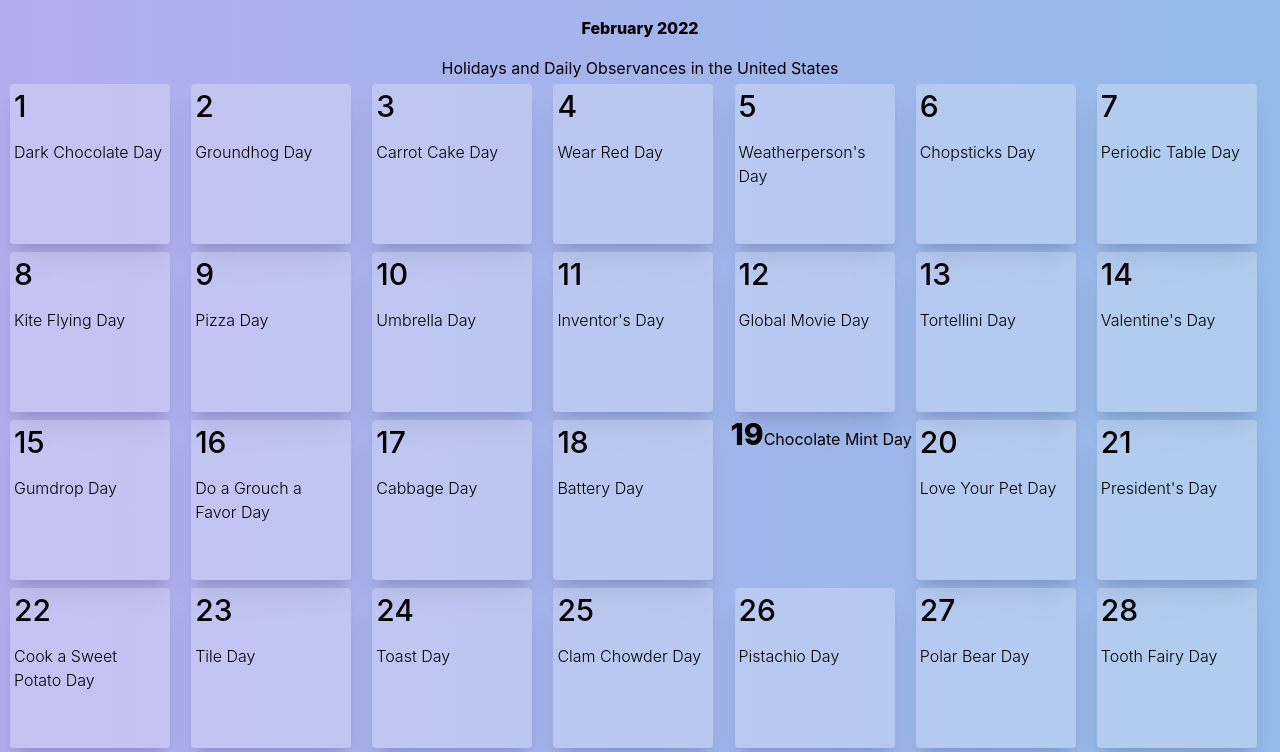
Repository: JohnMata0427/Examen-Bimestral-01-Frontend
Page: /
These files come from the project's save history. The page is drawn as it stood at one moment and after the next save; the edit follows.
The browser window is 1280 px wide. The pictures show the whole page.
The project was rebuilt for these pictures with package versions that can differ from the ones it lists, and the page was loaded fresh each time. Also part of the build but not shown: vite.config.js.

Above is the page before, as saved 2024-06-17 20:58:58.

After the next save:
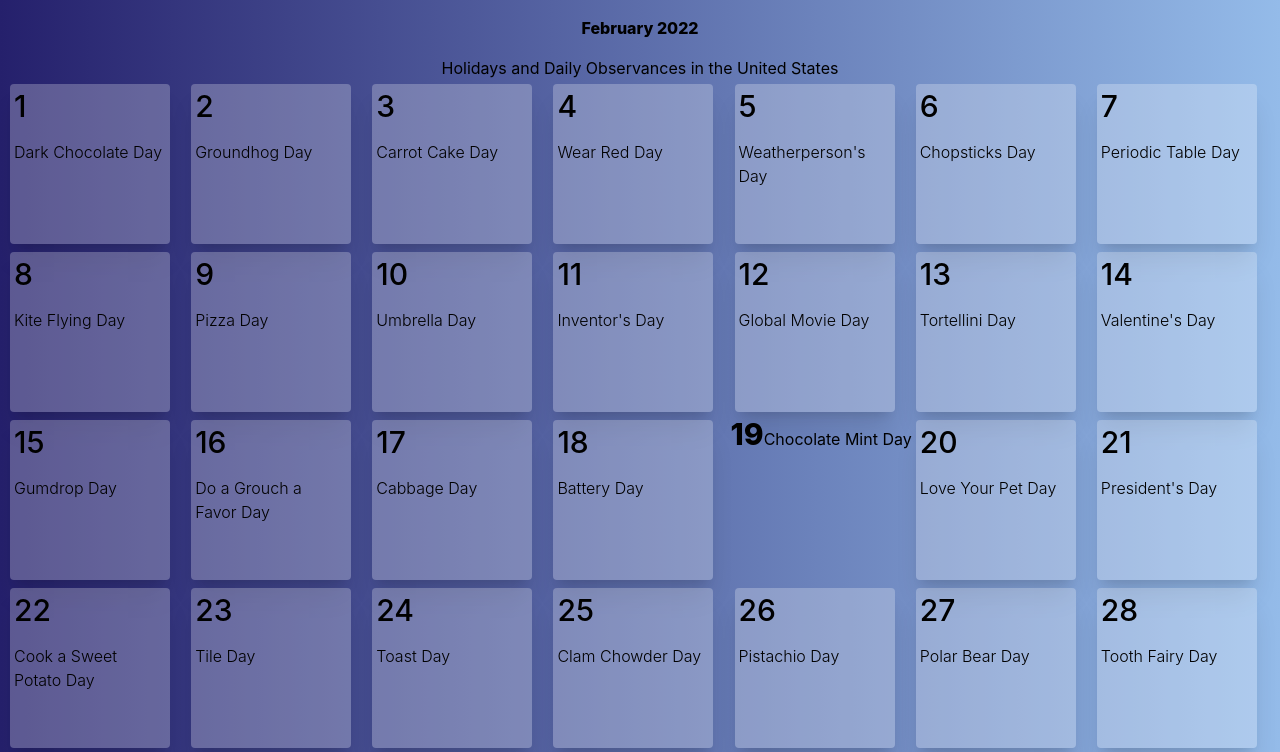
Saved 6 s later.
--- a/src/components/calendar.jsx
+++ b/src/components/calendar.jsx
@@ -1,6 +1,6 @@
 export default function Calendar(){
     return (
-        <div className="flex flex-col items-center bg-gradient-to-r from-[#b2aeee] to-[#94bbe9]">
+        <div className="flex flex-col items-center bg-gradient-to-r from-[#25206c] to-[#94bbe9]">
             <h1 className="font-extrabold my-4">February 2022</h1>
             <p>Holidays and Daily Observances in the United States</p>
             <ul className="grid grid-cols-7 flex-wrap list-none">
